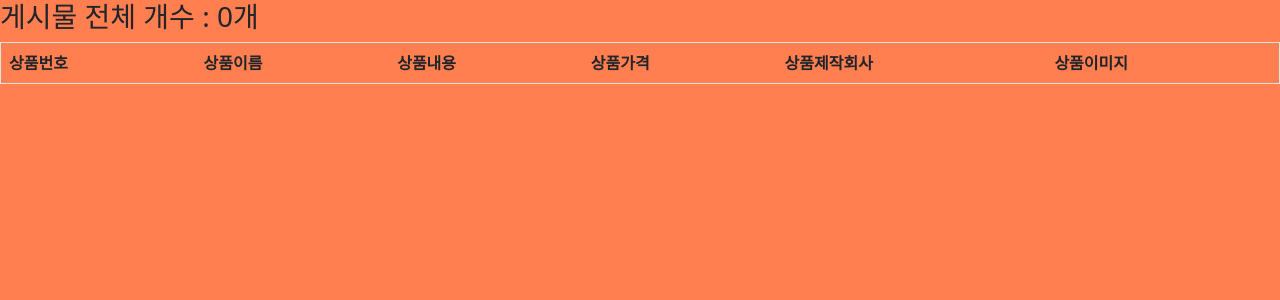
Repository: Hugh-KR/JSP_Project
Page: http://localhost/JSP_Project/product_all.jsp
These files come from the project's save history. The page is drawn as it stood at one moment and after the next save; the edit follows.
The browser window is 1280 px wide. The pictures show the whole page.
The page is served by Tomcat 9. Other server files are loaded and not shown. Queries for data that is not in the repository find no rows.

Above is the page before, as saved 2022-11-08 06:52:25.

### JSP_Project/src/main/webapp/product_all.jsp
<%@page import="db_connect.ProductVO"%>
<%@page import="java.util.ArrayList"%>
<%@page import="db_connect.ProductDAO"%>
<%@ page language="java" contentType="text/html; charset=UTF-8"
	pageEncoding="UTF-8"%>

<%
ProductDAO dao = new ProductDAO();
ArrayList<ProductVO> list = dao.list();
%>
<!DOCTYPE html>
<html>
<head>
<title>Insert title here</title>
<meta charset="UTF-8">
 <meta name="viewport" content="width=device-width, initial-scale=1">
  <link href="https://cdn.jsdelivr.net/npm/bootstrap@5.2.2/dist/css/bootstrap.min.css"
  rel="stylesheet">
  <script src="https://cdn.jsdelivr.net/npm/bootstrap@5.2.2/dist/js/bootstrap.bundle.min.js"></script>

<style type="text/css">
body {background-color: coral;}
tr:nth-child(even){
text-align: center;
background-color: #f2f2f2
}
th {
  background-color: blue
  color: white;
}
</style>
</head>
<body>
	<h3>
		게시물 전체 개수 :
		<%=list.size()%>개
	</h3>

	<table class="table table-hover" border="1">
		<tr>
			<th>상품번호</th>
			<th>상품이름</th>
			<th>상품내용</th>
			<th>상품가격</th>
			<th>상품제작회사</th>
			<th>상품이미지</th>
		</tr>
		<%
		for (ProductVO bag : list) {
		%>
		<tr>
			<td><%=bag.getID()%></td>
			<td><%=bag.getNAME()%></td>
			<td><%=bag.getCONTENT()%></td>
			<td><%=bag.getPRICE()%></td>
			<td><%=bag.getCOMPANY()%></td>
			<td><img src="img/<%=bag.getIMG()%>" width ="100" height="100"></td>
		</tr>
		<%
		} //for
		%>
	</table>

</body>
</html>

### JSP_Project/src/main/java/db_connect/ProductDAO.java
package db_connect;

import java.sql.Connection;
import java.sql.DriverManager;
import java.sql.PreparedStatement;
import java.sql.ResultSet;
import java.util.ArrayList;

import javax.swing.JOptionPane;

public class ProductDAO {

	public ArrayList<ProductVO> list() {

		// vo를 넣어줄 커다란 박스역할을 할 수 부품을 사용 예정
		// 가변길이인 경우 arraylist
		// MemberVO가 많이 들어간 arraylist박스를 하나 만들어줌.
		ArrayList<ProductVO> list = new ArrayList<>();

		// 1. 드라이버 설정- 드라이버(커넥터) 로딩
		try {
			Class.forName("com.mysql.cj.jdbc.Driver");
			// 특정한 위치에 있는 드라이버 파일을 램에 읽어들여 설정
			System.out.println("1. 드라이버 설정 성공.@@@@");

			// 2. db연결 mySQL: school, oracle: xe
			String url = "jdbc:mysql://localhost:3306/mydb";
			String user = "abcd";
			String password = "12345678";
			Connection con = DriverManager.getConnection(url, user, password); // Connection
			System.out.println("2. db연결 성공.@@@@@@");

			// 3. sql문을 만든다.
			String sql = "select * from PRODUCT";
			PreparedStatement ps = con.prepareStatement(sql);

			System.out.println("3. sql문 생성 성공.@@@@@");

			// 4. sql문을 db서버에 보낸다. --> 결과가 어떻게 되었는지 자바프로그램 알려줌.
			ResultSet rs = ps.executeQuery(); // r의 결과는 table, cud는 숫자(실행된row수) //1
			// rs.next() true면 결과가 있음. false면 결과가 없음.
			// System.out.println("4. sql문 db서버로 전송 성공. @@@@@ 반영된 row수 >>" + rs.next());
			while (rs.next()) { // 결과값이 true이면!!
				System.out.println("검색결과가 있음.");
				// 있으면
				// 1. 한 행의 값들을 추출
				// 2. vo를 만들어준다.
				// 3. vo에 추출한 값들을 넣어준다.
				// 4. vo를 list에 넣어준다.
				String id = rs.getString(1); // 컬럼의 순서 1번 id값 추출
				String name = rs.getString(2);
				String content = rs.getString(3);
				int price = rs.getInt(4);
				String company = rs.getString(5);
				String img = rs.getString(6);

				// UI에서 사용자가 검색한 결과를 볼 수 있어야 한다.
				// 4개의 데이터를 UI에게 return!!해주자.
				// 1) 가방을 만들어서,
				ProductVO bag = new ProductVO();
				// 2) 데이터를 넣고,
				bag.setID(id);
				bag.setNAME(name);
				bag.setCONTENT(content);
				bag.setPRICE(price);
				bag.setCOMPANY(company);
				bag.setIMG(img);

				list.add(bag);
				// 3) return하자.(전달)
			} // while
			System.out.println("box(list)에 들어간 가방의 갯수>> " + list.size());
			// db처리와 관련된 메모리 할당된 것 해제시켜주자.
			ps.close();
			con.close();
			rs.close();
		} catch (Exception e) {
			e.printStackTrace();
		}
		// 메서드의 처리를 다 끝내고, 결과를 보내줘라는 개념. 맨 끝에 써야함.
		return list;
	} // list

	// 기능하나만 메서드 하나 구현(검색 1명 기능-row 1개)
	public int login(MemberVO bag) {
		// 전달된 값 제대로 전달되었는지 확인하는 습관이 좋음.
		System.out.println(bag);

		// 1. 드라이버 설정- 드라이버(커넥터) 로딩
		// db의 유형, 버전에 따라 매우 많음.
		// 필요할 때 다운로드 받아 써야 함.
		int result = 0; // 0인 경우, 실패라고 하자.!

		try {
			Class.forName("com.mysql.cj.jdbc.Driver");
			// 특정한 위치에 있는 드라이버 파일을 램에 읽어들여 설정
			System.out.println("1. 드라이버 설정 성공.@@@@");

			// 2. db연결 mySQL: school, oracle: xe
			String url = "jdbc:mysql://localhost:3306/mydb";
			String user = "abcd";
			String password = "12345678";
			Connection con = DriverManager.getConnection(url, user, password); // Connection
			System.out.println("2. db연결 성공.@@@@@@");

			// 3. sql문을 만든다.
			String sql = "select * from member where id = ? and pw = ?"; // 1, 2번 2개의 물음표 번호
			PreparedStatement ps = con.prepareStatement(sql);
			ps.setString(1, bag.getId()); // 1번 물음표에 id에 저장해놓은 값을 스트링으로 넣어줘!
			ps.setString(2, bag.getPw());
			System.out.println("3. sql문 생성 성공.@@@@@");

			// 4. sql문을 db서버에 보낸다. --> 결과가 어떻게 되었는지 자바프로그램 알려줌.
			ResultSet rs = ps.executeQuery(); // r의 결과는 table, cud는 숫자(실행된row수) //1
			// rs.next() true면 결과가 있음. false면 결과가 없음.
			// System.out.println("4. sql문 db서버로 전송 성공. @@@@@ 반영된 row수 >>" + rs.next());
			if (rs.next()) { // 결과값이 true이면!!
				System.out.println("검색결과가 있음.");
				result = 1;
				// 3) return하자.(전달)
			}
			// db처리와 관련된 메모리 할당된 것 해제시켜주자.
			ps.close();
			con.close();
			rs.close();
		} catch (Exception e) {
			e.printStackTrace();
		}
		// 메서드의 처리를 다 끝내고, 결과를 보내줘라는 개념. 맨 끝에 써야함.
		return result;
	} // login

	// 기능하나만 메서드 하나 구현(검색 1명 기능-row 1개)
	public MemberVO one(String id) {
		// 전달된 값 제대로 전달되었는지 확인하는 습관이 좋음.
		System.out.println(id);

		// 1. 드라이버 설정- 드라이버(커넥터) 로딩
		// db의 유형, 버전에 따라 매우 많음.
		// 필요할 때 다운로드 받아 써야 함.
		MemberVO bag = null; // 쓰레기값!!--> 변수 초기화시켜주어야함.!

		try {
			Class.forName("com.mysql.cj.jdbc.Driver");
			// 특정한 위치에 있는 드라이버 파일을 램에 읽어들여 설정
			System.out.println("1. 드라이버 설정 성공.@@@@");

			// 2. db연결 mySQL: school, oracle: xe
			String url = "jdbc:mysql://localhost:3306/mydb";
			String user = "abcd";
			String password = "12345678";
			Connection con = DriverManager.getConnection(url, user, password); // Connection
			System.out.println("2. db연결 성공.@@@@@@");

			// 3. sql문을 만든다.
			String sql = "select * from member where id = ?";
			PreparedStatement ps = con.prepareStatement(sql);
			ps.setString(1, id); // 1번 물음표에 id에 저장해놓은 값을 스트링으로 넣어줘!
			System.out.println("3. sql문 생성 성공.@@@@@");
			// String site = "http://www.naver.com";
			// Url url = new Url(site); //객체화!!

			// 4. sql문을 db서버에 보낸다. --> 결과가 어떻게 되었는지 자바프로그램 알려줌.
			ResultSet rs = ps.executeQuery(); // r의 결과는 table, cud는 숫자(실행된row수) //1
			// rs.next() true면 결과가 있음. false면 결과가 없음.
			// System.out.println("4. sql문 db서버로 전송 성공. @@@@@ 반영된 row수 >>" + rs.next());
			if (rs.next()) { // 결과값이 true이면!!
				System.out.println("검색결과가 있음.");
				String id2 = rs.getString(1); // 컬럼의 순서 1번 id값 추출
				String pw = rs.getString("pw");
				String name = rs.getString(3);
				String tel = rs.getString(4);
				System.out.println("검색한 결과>>" + id2 + " " + pw + " " + name + " " + tel);

				// UI에서 사용자가 검색한 결과를 볼 수 있어야 한다.
				// 4개의 데이터를 UI에게 return!!해주자.
				// 1) 가방을 만들어서,
				bag = new MemberVO();
				// 2) 데이터를 넣고,
				bag.setId(id2);
				bag.setPw(pw);
				bag.setName(name);
				bag.setTel(tel);

				// 3) return하자.(전달)
			}
			// db처리와 관련된 메모리 할당된 것 해제시켜주자.
			ps.close();
			con.close();
			rs.close();
		} catch (Exception e) {
			e.printStackTrace();
		}
		// 메서드의 처리를 다 끝내고, 결과를 보내줘라는 개념. 맨 끝에 써야함.
		return bag;
	} // one

	// 기능하나만 메서드 하나 구현(등록기능)
	public void insert(ProductVO bag) { // String id
		System.out.println(bag); // toString()호출, 가방에 들어있는 값들이 프린트
		// 자바에서 DBMS를 연결하려고 함.
		// JDBC 프로그래밍 절차
		// 4단계 절차
		// 1. 드라이버 설정- 드라이버(커넥터) 로딩
		// db의 유형, 버전에 따라 매우 많음.
		// 필요할 때 다운로드 받아 써야 함.
		try {
			Class.forName("com.mysql.cj.jdbc.Driver");
			// 특정한 위치에 있는 드라이버 파일을 램에 읽어들여 설정
			System.out.println("1. 드라이버 설정 성공.@@@@");

			// 2. db연결 mySQL: school, oracle: xe
			String url = "jdbc:mysql://localhost:3306/mydb";
			String user = "abcd";
			String password = "12345678";
			Connection con = DriverManager.getConnection(url, user, password); // Connection
			System.out.println("2. db연결 성공.@@@@@@");

			// 3. sql문을 만든다.
			String sql = "insert into PRODUCT values (?, ?, ?, ?, ?, ?)";
			// 준비된 문장(Preparedstatement)
			PreparedStatement ps = con.prepareStatement(sql);
			ps.setString(1, bag.getID() ); // 1번 물음표에 id에 저장해놓은 값을 스트링으로 넣어줘!
			ps.setString(2, bag.getNAME()); // 2번 물음표에 pw에 저장해놓은 값을 스트링으로 넣어줘!
			ps.setString(3, bag.getCONTENT()); // 3번 물음표에 name에 저장해놓은 값을 스트링으로 넣어줘!
			ps.setInt(4, bag.getPRICE()); // 4번 물음표에 tel에 저장해놓은 값을 스트링으로 넣어줘!
			ps.setString(5, bag.getCOMPANY()); // 4번 물음표에 tel에 저장해놓은 값을 스트링으로 넣어줘!
			ps.setString(6, bag.getIMG()); // 4번 물음표에 tel에 저장해놓은 값을 스트링으로 넣어줘!
			System.out.println("3. sql문 생성 성공.@@@@@");
			// String site = "http://www.naver.com";
			// Url url = new Url(site); //객체화!!

			// 4. sql문을 db서버에 보낸다. --> 결과가 어떻게 되었는지 자바프로그램 알려줌.
			String result2 = "실패";
			try {
				int result = ps.executeUpdate(); // r의 결과는 table, cud는 숫자(실행된row수) //1
				System.out.println("4. sql문 db서버로 전송 성공. @@@@@ 반영된 row수 >>" + result);
				if (result == 1) {
					result2 = "성공";
				}
			} catch (Exception e) {
				System.out.println("상품등록시 에러발생");
				e.printStackTrace(); //에러정보 프린트
			}
			JOptionPane.showMessageDialog(null, result2);  //컴파일 에러
			ps.close();
			con.close();
		} catch (Exception e) {
			e.printStackTrace();
		}
	} // insert

	// 기능하나만 메서드 하나 구현(탈퇴기능)
	public void delete(ProductVO bag) {
		// 자바에서 DBMS를 연결하려고 함.
		// JDBC 프로그래밍 절차
		// 4단계 절차
		// 1. 드라이버 설정- 드라이버(커넥터) 로딩
		// db의 유형, 버전에 따라 매우 많음.
		// 필요할 때 다운로드 받아 써야 함.
		try {
			Class.forName("com.mysql.cj.jdbc.Driver");
			// 특정한 위치에 있는 드라이버 파일을 램에 읽어들여 설정
			System.out.println("1. 드라이버 설정 성공.@@@@");

			// 2. db연결 mySQL: school, oracle: xe
			String url = "jdbc:mysql://localhost:3306/mydb";
			String user = "abcd";
			String password = "12345678";
			Connection con = DriverManager.getConnection(url, user, password); // Connection
			System.out.println("2. db연결 성공.@@@@@@");

			// 3. sql문을 만든다.
			String sql = "delete from PRODUCT where id = ?";
			// 준비된 문장(Preparedstatement)
			PreparedStatement ps = con.prepareStatement(sql);

			ps.setString(1, bag.getID()); // 1번 물음표에 id에 저장해놓은 값을 스트링으로 넣어줘!
			System.out.println("3. sql문 생성 성공.@@@@@");
			// String site = "http://www.naver.com";
			// Url url = new Url(site); //객체화!!

			// 4. sql문을 db서버에 보낸다. --> 결과가 어떻게 되었는지 자바프로그램 알려줌.
			int result = ps.executeUpdate(); // r의 결과는 table, cud는 숫자(실행된row수) //1
			System.out.println("4. sql문 db서버로 전송 성공. @@@@@ 반영된 row수 >>" + result);

			ps.close();
			con.close();
		} catch (Exception e) {
			e.printStackTrace();
		}

	} // delete

	public void update(ProductVO bag) {
		// 자바에서 DBMS를 연결하려고 함.
		// JDBC 프로그래밍 절차
		// 4단계 절차
		// 1. 드라이버 설정- 드라이버(커넥터) 로딩
		// db의 유형, 버전에 따라 매우 많음.
		// 필요할 때 다운로드 받아 써야 함.
		try {
			Class.forName("com.mysql.cj.jdbc.Driver");
			// 특정한 위치에 있는 드라이버 파일을 램에 읽어들여 설정
			System.out.println("1. 드라이버 설정 성공.@@@@");

			// 2. db연결 mySQL: school, oracle: xe
			String url = "jdbc:mysql://localhost:3306/mydb";
			String user = "abcd";
			String password = "12345678";
			Connection con = DriverManager.getConnection(url, user, password); // Connection
			System.out.println("2. db연결 성공.@@@@@@");

			// 3. sql문을 만든다.
			String sql = "UPDATE PRODUCT SET content=?  WHERE id=?";
			// 준비된 문장(Preparedstatement)
			PreparedStatement ps = con.prepareStatement(sql);

			ps.setString(1, bag.getCONTENT()); // 1번 물음표에 id에 저장해놓은 값을 스트링으로 넣어줘!
			ps.setString(2, bag.getID()); // 1번 물음표에 id에 저장해놓은 값을 스트링으로 넣어줘!
			System.out.println("3. sql문 생성 성공.@@@@@");
			// String site = "http://www.naver.com";
			// Url url = new Url(site); //객체화!!

			// 4. sql문을 db서버에 보낸다. --> 결과가 어떻게 되었는지 자바프로그램 알려줌.
			int result = ps.executeUpdate(); // r의 결과는 table, cud는 숫자(실행된row수) //1
			System.out.println("4. sql문 db서버로 전송 성공. @@@@@ 반영된 row수 >>" + result);

			ps.close();
			con.close();
		} catch (Exception e) {
			e.printStackTrace();
		}

	} // update

} // class

After the next save:
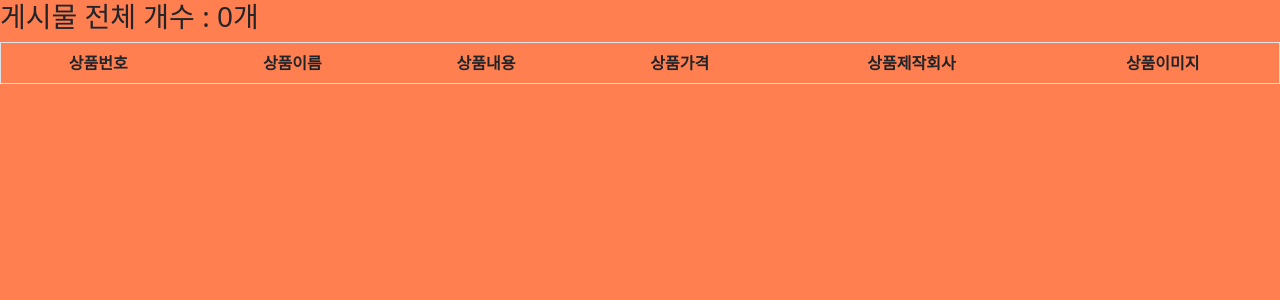
Saved 42 s later.
--- a/JSP_Project/src/main/webapp/product_all.jsp
+++ b/JSP_Project/src/main/webapp/product_all.jsp
@@ -20,8 +20,10 @@
 
 <style type="text/css">
 body {background-color: coral;}
+tr{
+text-align: center;
+}
 tr:nth-child(even){
-text-align: center;
 background-color: #f2f2f2
 }
 th {
